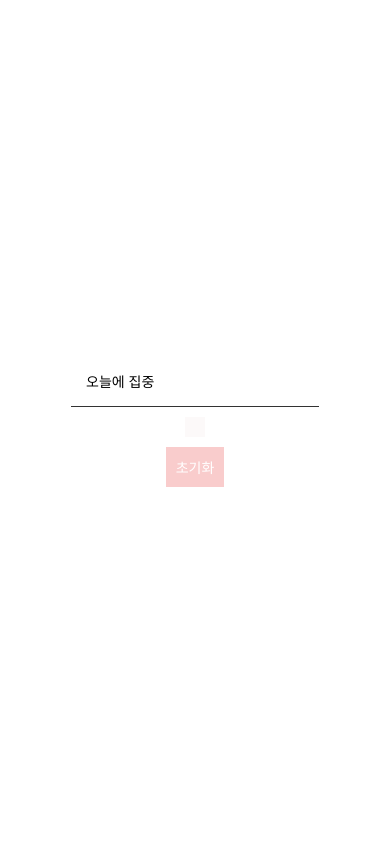
Repository: GoodHoneyCake/toy_project
Page: /
The author's editor kept a copy of each file at every save. The page is drawn from the files as they stood at one save, then again after the next save.
The browser window is 390 px wide. The pictures show the whole page.
The app was drawn by React Native's web renderer in a window 390 px wide. The project was rebuilt for these pictures with package versions that can differ from the ones it lists, and the page was loaded fresh each time.

Above is the page before, as saved 2021-02-05 14:19:16.

### App.js
import React from "react";
import {
  StyleSheet,
  Text,
  View,
  TextInput,
  TouchableOpacity,
} from "react-native";
import AsyncStorage from "@react-native-async-storage/async-storage";

const STORAGE_KEY = "@save_name";

class App extends React.Component {
  state = {
    text: "",
    name: "",
  };

  componentDidMount() {
    this.retrieveData();
  }

  retrieveData = async () => {
    try {
      const name = await AsyncStorage.getItem(STORAGE_KEY);

      if (name !== null) {
        this.setState({ name });
      }
    } catch (e) {
      alert("Failed to load name.");
    }
  };

  save = async (name) => {
    try {
      await AsyncStorage.setItem(STORAGE_KEY, name);
      alert("오늘에 집중♥");
      this.setState({ name });
    } catch (e) {
      alert("Failed to save name.");
    }
  };

  removeEverything = async () => {
    try {
      await AsyncStorage.clear();
      alert("초기화♥");
    } catch (e) {
      alert("Failed to clear the async storage.");
    }
  };

  onChangeText = (text) => this.setState({ text });

  onSubmitEditing = () => {
    const onSave = this.save;
    const { text } = this.state;

    if (!text) return;

    onSave(text);
    this.setState({ text: "" });
  };

  render() {
    const { text, name } = this.state;
    return (
      <View style={styles.container}>
        <TextInput
          style={styles.input}
          value={text}
          placeholder="오늘에 집중"
          onChangeText={this.onChangeText}
          onSubmitEditing={this.onSubmitEditing}
        />
        <Text style={styles.text}>{name}</Text>
        <TouchableOpacity onPress={this.removeEverything} style={styles.button}>
          <Text style={styles.buttonText}>초기화</Text>
        </TouchableOpacity>
      </View>
    );
  }
}

const styles = StyleSheet.create({
  container: {
    flex: 1,
    backgroundColor: "#fff",
    alignItems: "center",
    justifyContent: "center",
  },
  text: {
    fontSize: 20,
    padding: 10,
    backgroundColor: "#fcf9f9",
  },
  input: {
    padding: 15,
    height: 50,
    borderBottomWidth: 1,
    borderBottomColor: "#333",
    margin: 10,
  },
  button: {
    margin: 10,
    padding: 10,
    backgroundColor: "#f9cccc",
  },
  buttonText: {
    fontSize: 14,
    color: "#fff",
  },
});

export default App;

After the next save:
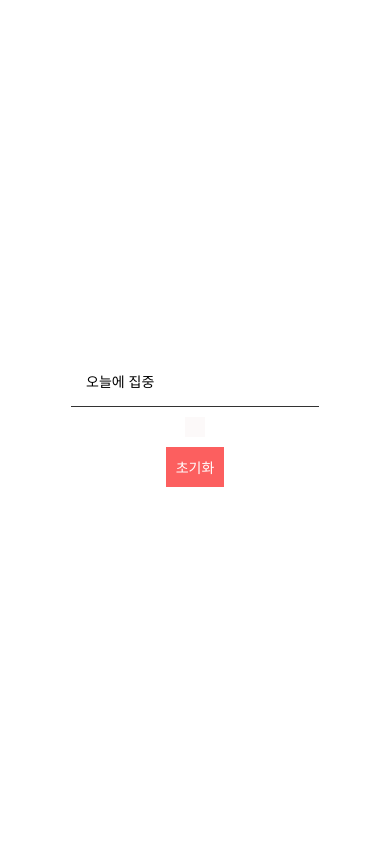
Saved 15 s later.
--- a/App.js
+++ b/App.js
@@ -105,7 +105,7 @@ const styles = StyleSheet.create({
   button: {
     margin: 10,
     padding: 10,
-    backgroundColor: "#f9cccc",
+    backgroundColor: "#fc5f5f",
   },
   buttonText: {
     fontSize: 14,
